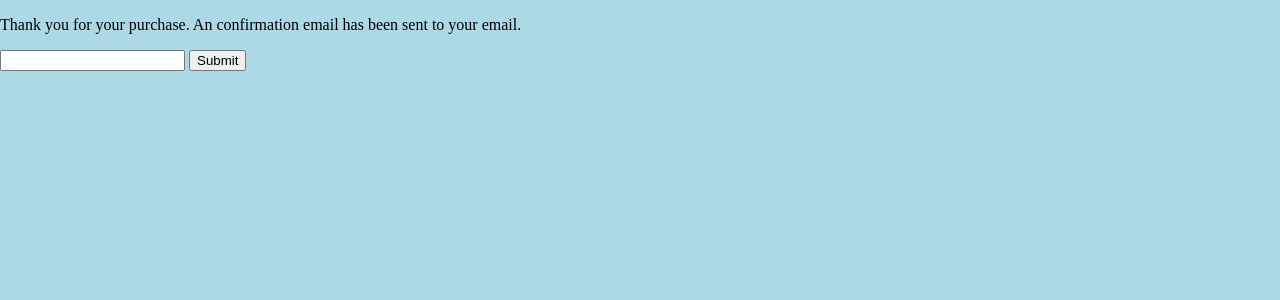
Repository: jackiye776/2021-Programming-On-The-Internet
Page: http://localhost/confirm.php
The author's editor kept a record of every edit. The page is drawn from the files as they stood at one moment, then again after the next edit.
The browser window is 1280 px wide. The pictures show the whole page.
The page is run by PHP 8.4 with error messages shown; the project is at /var/www/html/.

Above is the page before.

### Assignment_1/confirm.php
<!DOCTYPE html>

<html>
    <head>
        <title>Confirmation</title>
        <link rel="stylesheet" href="styles.css">
    </head>
    <body>
        <p>Thank you for your purchase. An confirmation email has been sent to your email.</p>
        <form>
            <input type="text" name=""/>
            <input type="submit" value="Submit"/>
        </form>
    </body>
</html>

### Assignment_1/styles.css
body {
  font-family: "Times New Roman", Times, serif;
  color: black;
  display: block;
  background-color: #ADD8E6;
  overflow: hidden;
  margin: 0px;
}

h1 {
  background-color: #8f8ccf;
  padding: 10px;
  margin: 0px;
}

#productstyle {
  overflow: hidden;
}

#cataloguestyle {
  overflow: hidden;
}

#shopstyle {
  overflow: scroll;
}



/* --------------------------------------------------- */

/* index.html */
.columnL {
  float: left;
  width: 50%;;

}

.columnR {
  float: left;
  width: 50%;
}


/* iFrame */
iframe {
  border: 0;
  width: 100%;
}

.columnL:after, .columnR:after, .rowIndex:after {
  content: "";
  display: table;
  clear: both;
}

/* --------------------------------------------------- */

/* Catalogue.html - Dropdown menu */
.navbar {
  overflow: hidden;
  background-color: #1d3acc;
  color: white;
  text-align: center;
  font-size: 20px;
}

.dropdown-category, .dropdown-product {
  display: none;
  position: absolute;
  background-color: #6f69ff ;
  width: 100%;
  left: 0;
  padding: 0px;
  margin: 0px;
  z-index: 1; /* Layer order */
}



.dropdown .dropbtn {
  border: none;
  outline: none;
  color: inherit;
  padding: 20px 26px;
  margin: 0px;
  position: relative;
  font-family: inherit;
}

.dropBtnCat {
  border: none;
  outline: none;
  color: inherit;
  padding: 20px 20px;
  position: relative;
  float: left;
  font-family: inherit;
}


.dropBtnPro {
  border: none;
  outline: none;
  color: inherit;
  padding: 20px 20px;
  background-color: #6f69ff;
  position: relative;
  float: left;
  font-family: inherit;
  font-size: 15px;
}


.dropdown, .dropBtnCat {
  float: left;
}

.navbar .dropbtn:hover {
  background-color: red;
}

.navbar .dropBtnCat:hover, .dropBtnPro:hover {
  background-color: #32136e;
}

.navbar .dropBtnPro:hover {
  cursor: pointer;
}



/* Dropdown category then products*/
.dropdown:hover .dropdown-category, #set1:hover .dropdown-product, #set2:hover .dropdown-product {
  display: block;
}

/* --------------------------------------------------- */


/* product.php */

.productdetails {
  margin: 20px;
}

.productdetails th {
  padding: 10px;
  font-size: 24px;
}

.productdetails td {
  padding: 10px;
  font-size: 18px;
}

.productdetails img {
  margin-left: 20px;
  padding-left: 10px;
  width: 250px;
  height: 200px;
}

/* shoppingCart.php */

.cartHeading, .cartStyle {
  font-size: 16px;
}

.cartHeading th{
  width: 131px;
  padding-top: 5px;
  padding-bottom: 5px;
  background-color: #b6c4f2;
}

.cartStyle td{
  width: 125px;
  padding: 4px;
  margin: 0px;
}

/* https://www.w3schools.com/css/css3_buttons.asp */

.buttons {
  background-color: #893cbd;
  border: none;
  color: white;
  padding: 15px 26px;
  text-align: center;
  text-decoration: none;
  display: inline-block;
  font-size: 16px;
}

.buttons:hover {
  background-color: #0066ab
}

/* checkout.php */

.checkoutTable th{
  width: 131px;
  padding-top: 5px;
  padding-bottom: 5px;
  background-color: #b6c4f2;
}

.checkoutTable td{
  width: 125px;
  padding: 4px;
  margin: 0px;
}

.checkout {
  padding-left: 25px;
}

.formTable {

}

.formTable:after {
    content:" *";
    color: red;
  }

After the next edit:
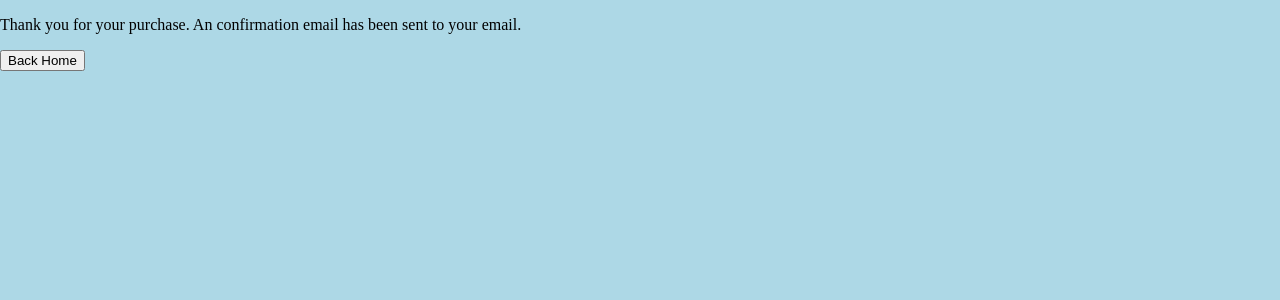
The edit:
--- a/Assignment_1/confirm.php
+++ b/Assignment_1/confirm.php
@@ -7,9 +7,8 @@
     </head>
     <body>
         <p>Thank you for your purchase. An confirmation email has been sent to your email.</p>
-        <form>
-            <input type="text" name=""/>
-            <input type="submit" value="Submit"/>
+        <form action="index.html">
+            <input type="button" value="Back Home"/>
         </form>
     </body>
 </html>
